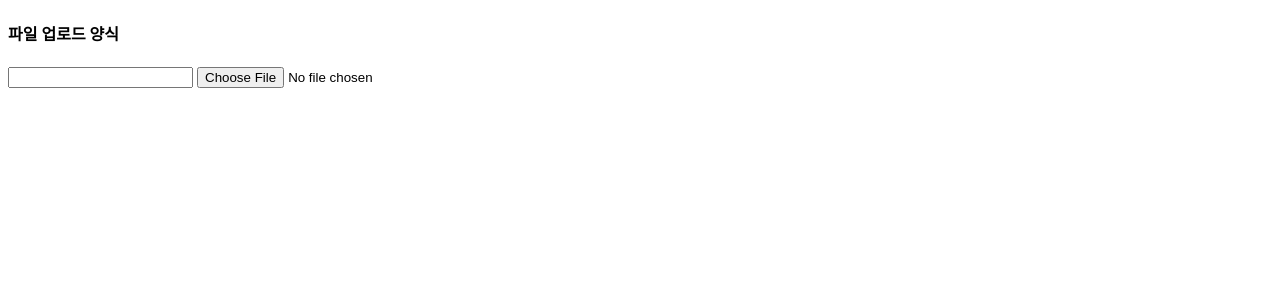
Repository: hoseolkim/restart
Page: http://localhost/WebStudy03_Mybatis/15/fileUploadForm.jsp
An editor plug-in stored every save of this project. The page is shown before and after the next save, followed by the edit.
The browser window is 1280 px wide. The pictures show the whole page.
The page is served by Tomcat 9. Nobody is signed in. The application's start-up code is not run.

Above is the page before, as saved 2023-10-06 05:49:14.

After the next save:
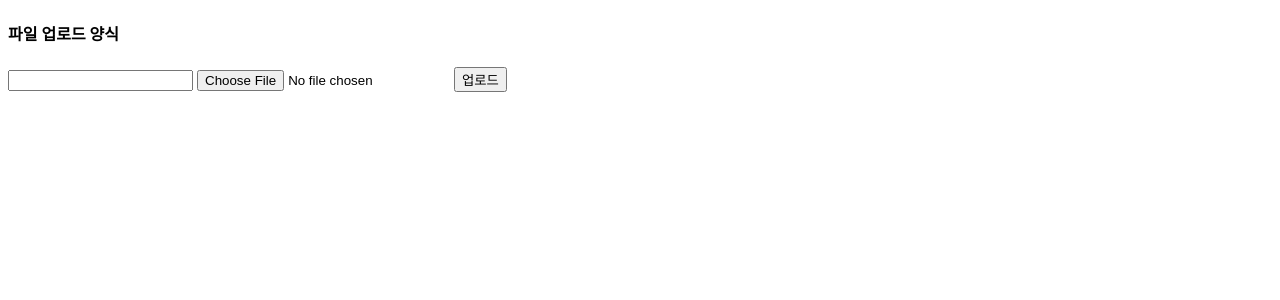
Saved 35 s later.
--- a/WebStudy03_Mybatis/src/main/webapp/15/fileUploadForm.jsp
+++ b/WebStudy03_Mybatis/src/main/webapp/15/fileUploadForm.jsp
@@ -1,7 +1,7 @@
 <%@ page language="java" contentType="text/html; charset=UTF-8"
     pageEncoding="UTF-8"%>
 <!DOCTYPE html>
-<html>
+<html lang="ko">
 <head>
 <meta charset="UTF-8">
 <title>fileUploadForm.jsp</title>
@@ -11,6 +11,7 @@
 <form method="post" enctype="multipart/form-data">
 	<input type="text" name="uploader" />
 	<input type="file" name="uploadFile" />
+	<input type="submit" value="업로드" />
 </form>
 </body>
 </html>
